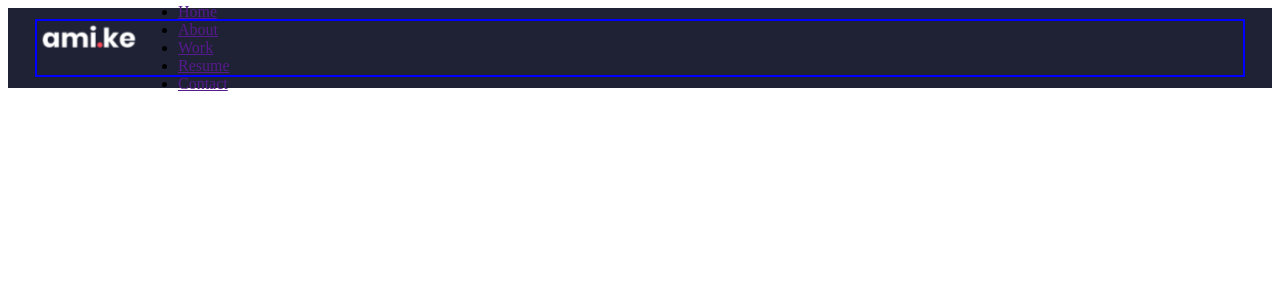
Repository: imokha01/HTML
Page: index.html
An editor plug-in stored every save of this project. The page is shown before and after the next save, followed by the edit.
The browser window is 1280 px wide. The pictures show the whole page.

Above is the page before, as saved 2023-11-18 13:10:16.

After the next save:
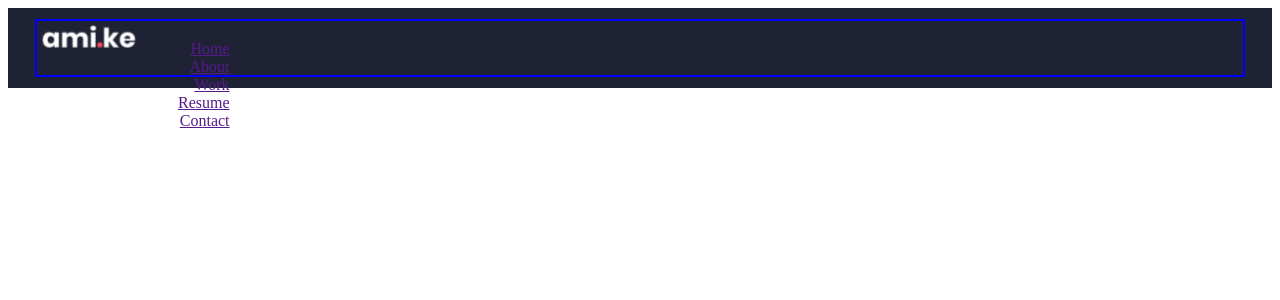
Saved 19 s later.
--- a/index.css
+++ b/index.css
@@ -25,7 +25,7 @@ head {
     align-items: center;
 }
 
-.links {
+li {
     list-style-type: none;
     display: flex;
     justify-content: flex-end;
